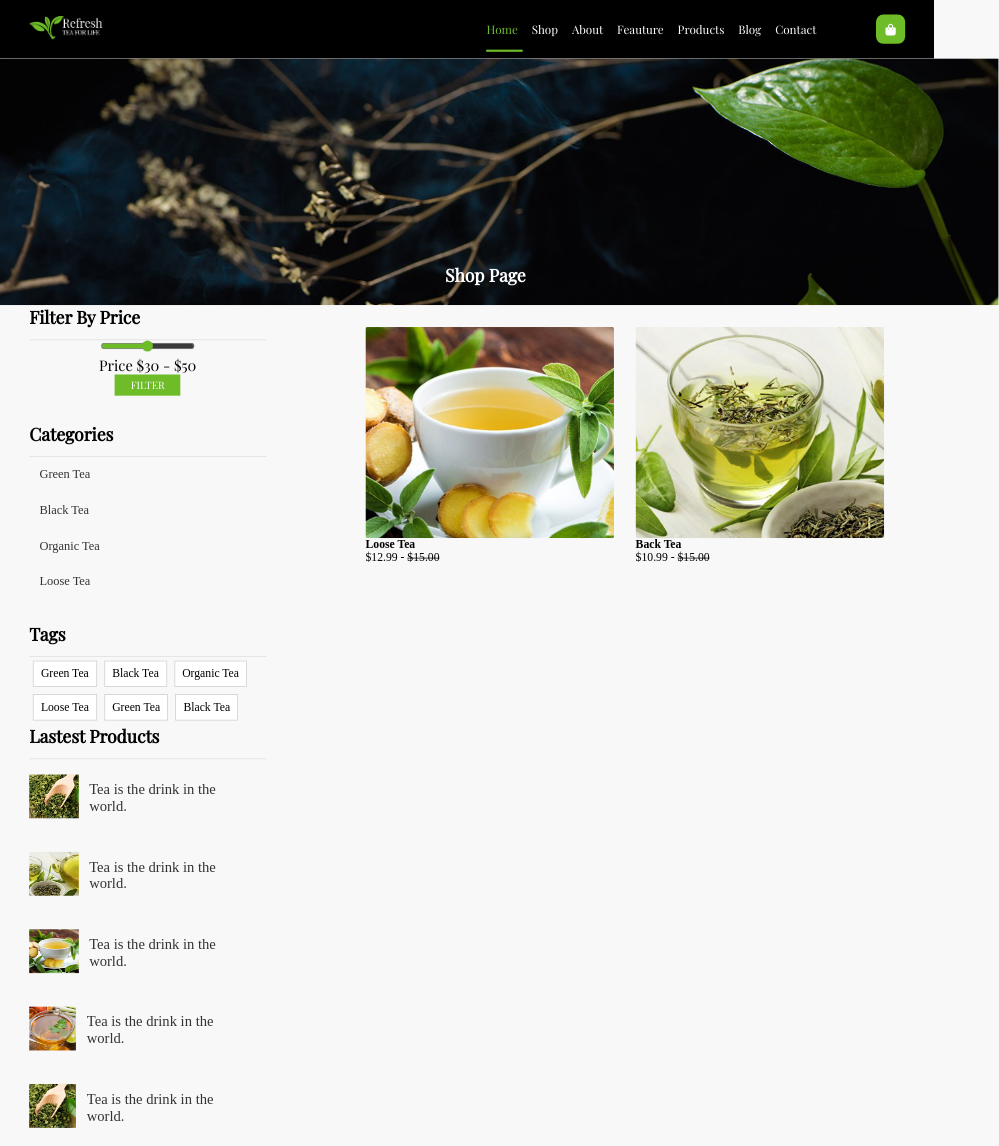
Repository: 52hzwhaleblue/school_teashop
Page: shop.html
An editor plug-in stored every save of this project. The page is shown before and after the next save, followed by the edit.
The browser window is 1280 px wide. The page is 1368 px wide, so the pictures cover 1368 px, including what lies to the right of the window. The pictures show the whole page, at 73% of full size.
Some web libraries are served in a nearby version.

Above is the page before, as saved 2022-05-05 22:58:00.

### shop.html
<!DOCTYPE html>
<html lang="en">

<head>
    <meta charset="UTF-8">
    <meta http-equiv="X-UA-Compatible" content="IE=edge">
    <meta name="viewport" content="width=device-width, initial-scale=1.0">

    <!-- Style CSS -->
    <link rel="stylesheet" href="./style.css" stylesheet="text/style.css" />

    <!-- googel fonts -->
    <link rel="preconnect" href="https://fonts.googleapis.com" />
    <link rel="preconnect" href="https://fonts.gstatic.com" crossorigin />
    <link href="https://fonts.googleapis.com/css2?family=Playfair+Display&display=swap" rel="stylesheet" />

    <!-- cdn -->
    <link rel="stylesheet" href="https://cdnjs.cloudflare.com/ajax/libs/font-awesome/6.1.1/css/all.min.css" integrity="sha512-KfkfwYDsLkIlwQp6LFnl8zNdLGxu9YAA1QvwINks4PhcElQSvqcyVLLD9aMhXd13uQjoXtEKNosOWaZqXgel0g==" crossorigin="anonymous" referrerpolicy="no-referrer"
    />

    <!-- App.js -->
    <script src="./app.js">
    </script>

    <title>Shop</title>
</head>

<body>
    <!-- header -->
    <div class="header-wrapper">
        <div class="center">
            <div class="row">
                <div class="logo">
                    <img src="./images/logo.png" alt="" />
                </div>

                <div class="menu">
                    <ul>
                        <li class="active"><a href="#">Home</a></li>
                        <li><a href="#">Shop</a></li>
                        <li><a href="#">About</a></li>
                        <li><a href="#">Feauture</a></li>
                        <li><a href="#">Products</a></li>
                        <li><a href="#">Blog</a></li>
                        <li><a href="#">Contact</a></li>
                    </ul>
                </div>

                <div class="cart">
                    <i class="fa-solid fa-bag-shopping"></i>
                </div>
            </div>
        </div>
    </div>

    <!-- silder -->
    <div class="slider-wrapper">
        <div class="slider-img">
            <img src="./images/shop-slide.jpg" alt="" />

            <div class="center">
                <div class="shop-slide-content">
                    <h2 class="heading">Shop Page</h2>
                </div>
            </div>
        </div>
    </div>


    <div class="shop-page-wrapper">
        <div class="center1">
            <div class="box-shop-page">
                <!-- filter by price -->
                <div class="price-filter-wrapper">
                    <div class="box-price-filter">
                        <h4>filter by price</h4>
                        <div class="price-range-bar">
                            <form class="multi-range-field my-5 pb-5">
                                <input id="multi3" class="multi-range" type="range" />
                            </form>

                            <div class="price-range">
                                <span>Price</span>
                                <span> $30 </span> -
                                <span> $50 </span>
                            </div>

                            <div class="filter-btn">
                                <p>filter</p>
                            </div>
                        </div>
                    </div>
                    <div class="catory-wrapper">
                        <div class="box-catory">
                            <h2>Categories</h2>
                        </div>
                        <div class="category">
                            <ul>
                               <li><a href="" class="btn1">Green Tea</a></li>
                               <li><a href="" class="btn1">Black Tea</a></li>
                               <li><a href="" class="btn1">Organic Tea</a></li>
                               <li><a href="" class="btn1">Loose Tea</a></li>
                            </ul>
                        </div>
                        <div class="box-catory">
                            <h2>Tags</h2>
                        </div>
                        <div class="category1">
                           <ul clas="list">
                               <li><a href="" class="btn">Green Tea</a></li>
                               <li><a href="" class="btn">Black Tea</a></li>
                               <li><a href="" class="btn">Organic Tea</a></li>
                               <li><a href="" class="btn">Loose Tea</a></li>
                               <li><a href="" class="btn">Green Tea</a></li>
                               <li><a href="" class="btn">Black Tea</a></li>
                           </ul>
                        </div>
                        <div class="box-catory">
                            <h2>Lastest Products</h2>
                        </div>
                        <div class="last-product">
                            <div class="row">
                                <div class="col-2">
                                    <img src="images/product-1.jpg">
                                </div>
                                <div class="col-2">
                                    <a href="" class="btn2">Tea is the drink in  the world. </a>
                                </div>
                            </div>
                      </div>
                      <div class="last-product">
                        <div class="row">
                            <div class="col-2">
                                <img src="images/product-2.jpg">
                            </div>
                            <div class="col-2">
                                <a href="" class="btn2">Tea is the drink in  the world.</a>
                            </div>
                        </div>
                       </div>
                       <div class="last-product">
                        <div class="row">
                            <div class="col-2">
                                <img src="images/product-3.jpg">
                            </div>
                            <div class="col-2">
                                <a href="" class="btn2">Tea is the drink in  the world.</a>
                            </div>
                        </div>
                       </div>
                         <div class="last-product">
                          <div class="row">
                          <div class="col-2">
                             <img src="images/product-4.jpg">
                            </div>
                            <div class="col-2">
                             <a href="" class="btn2">Tea is the drink in  the world.</a>
                            </div>
                        </div>
                       </div>

                    <div class="last-product">
                        <div class="row">
                            <div class="col-2">
                                <img src="images/product-5.jpg">
                            </div>
                            <div class="col-2">
                                <a href="" class="btn2">Tea is the drink in  the world.</a>
                            </div>
                        </div>
                       </div>
                   </div>
               </div>
                <!-- shop-product -->
                <div class="shop-product-wrapper">
                    <div class="shop">
                        <img src="images/product-8.jpg">
                        <h4>Loose Tea</h4>
                        <p>$12.99 - <del>$15.00</del></p>
                        <p></p>
                    </div>
                    <div class="shop">
                        <img src="images/product-9.jpg">
                        <h4>Back Tea</h4>
                        <p>$10.99 - <del>$15.00</del></p>
                    </div>
                </div>

            </div>
        </div>
    </div>

</body>

</html>

### style.css
* {
    padding: 0;
    margin: 0;
}

body {
    background-color: #f8f8f8;
}


/* header */

.header-wrapper {
    margin: 0 auto;
    background-color: #000000;
    position: sticky;
    top: 0;
    z-index: 1;
}

.center {
    width: 1200px;
    margin: 0 auto;
}

.header-wrapper .row {
    display: flex;
    justify-content: space-between;
    align-items: center;
    padding: 20px 0;
}


/* logo */

.logo {
    width: 50.0450045005%;
}

.logo img {
    width: 100px;
}


/* menu */

.menu {
    width: 42.304230423%;
}

.menu ul li.active a {
    color: #6fbc29;
}

.menu ul li {
    display: inline-block;
    padding-right: 15px;
    position: relative;
}

.menu ul li:after {
    content: " ";
    width: 50px;
    border-bottom: 3px #6fbc29 solid;
    /* background-color: #6fbc29; */
    left: 0;
    bottom: -20px;
    position: absolute;
}

.menu ul li:not(.active):after {
    content: " ";
    width: 50px;
    border-bottom: 3px #6fbc29 solid;
    left: 0;
    bottom: -30px;
    position: absolute;
    opacity: 0;
    transition: 0.5s;
}

.menu ul li:hover:after {
    bottom: -20px;
    opacity: 1;
}

.menu ul li:hover a {
    color: #6fbc29;
}

.menu ul li a {
    text-decoration: none;
    color: #fff;
    font-family: "Playfair Display", serif;
}


/* cart */

.cart {
    width: 40px;
    height: 40px;
    border-radius: 25%;
    background-color: #6fbc29;
    display: flex;
    justify-content: center;
    align-items: center;
}

.cart i {
    color: #fff;
}


/* silder */

.slider-wrapper {
    width: 1368px;
    margin: 0 auto;
    overflow: hidden;
}

.slider-img {
    display: flex;

}

.slider-img img {
    max-width: 1368px;
}
.slider-img input{
    display: none;
}


.slider-wrapper .home-slide-content {
    width: 446px;
    position: absolute;
    top: 20%;
    left: calc((100% - 1200px) / 2);
}

.slider-wrapper .shop-slide-content {
    width: 446px;
    position: absolute;
    top: 50%;
    left: calc(100% /2.1);
}

.home-slide-content .heading {
    text-transform: uppercase;
    font-family: "Playfair Display";
    font-size: 16px;
    color: #fff;
}

.shop-slide-content .heading {
    text-transform: capitalize;
    font-family: "Playfair Display";
    /* font-size: 50px; */
    color: #fff;
}


.home-slide-content .subHeading {
    text-transform: capitalize;
    font-family: "Playfair Display";
    font-size: 50px;
    padding: 26px 0 50px 0;
    color: #fff;
}

.home-slide-content .subHeading span {
    color: #6fbc29;
    text-transform: capitalize;
    font-size: 50px;
}

.home-slide-content .slider-btn {
    width: 130px;
    /* height: 35px; */
    background-color: #6fbc29;
    display: flex;
    justify-content: center;
    align-items: center;
}

.slider-btn a {
    font-family: "Playfair Display";
    font-size: 14px;
    text-transform: uppercase;
    color: #fff;
    text-decoration: none;
    padding: 10px 0;
}


/* new product */

.product-wrapper {
    width: 1368px;
    margin: 0 auto;
    padding: 57px 0;
}

.title-main {
    padding-bottom: 52px;
}

.title-main h1 {
    font-family: "Playfair Display";
    font-size: 35px;
    text-transform: capitalize;
    color: #212529;
    text-align: center;
}

.title-main .icon {
    text-align: center;
    padding: 23px 0 18px 0;
}

.heading-icon .icon img {
    width: 100px;
}

.title-main .subTitle {
    width: 540px;
    margin: 0 auto;
}

.title-main .subTitle p {
    font-family: "Playfair Display";
    font-size: 14px;
    color: #212529;
    text-align: center;
}


/* product items */

.product-items {
    display: flex;
    flex-wrap: wrap;
    justify-content: space-between;
}

.product-items .item {
    /* width: calc(100% / 4); */
}

.product-items .item .img {
    position: relative;
}

.modal {
    position: absolute;
    width: 100%;
    height: 100%;
    bottom: 0;
    opacity: 0;
    background-color: #6fbc29;
    transition: 0.7s;
}

.modal-content h4 {
    font-family: "Playfair Display", serif;
    color: #fff;
    text-align: center;
    text-transform: capitalize;
}

.modal-content {
    padding: 48px;
}

.modal-content p {
    font-size: 14px;
    font-family: "Playfair Display", serif;
    color: #fff;
    text-align: center;
    padding: 20px 0;
}

.readmore-btn {
    width: 130px;
    background-color: #fff;
    border: 1px #fff solid;
    padding: 5px 0;
    margin: 0 auto;
    text-align: center;
}

.readmore-btn a {
    text-decoration: none;
    color: #6fbc29;
    font-size: 14px;
    font-family: "Playfair Display", serif;
    text-transform: uppercase;
}

.readmore-btn:hover {
    background-color: transparent;
}

.readmore-btn:hover a {
    text-decoration: none;
    color: #fff;
    font-size: 14px;
    font-family: "Playfair Display", serif;
    text-transform: uppercase;
}

.product-items .img:hover .modal {
    top: 0;
    opacity: 0.8;
}

.product-btn {
    display: flex;
    justify-content: center;
}

.btn-left,
.btn-right {
    border-radius: 50%;
    width: 30px;
    height: 30px;
    background-color: #6fbc29;
    margin: 0 10px;
    display: flex;
    align-items: center;
    justify-content: center;
    color: #fff;
    margin-top: 35px;
}

.btn-left:hover,
.btn-right:hover {
    border-radius: 50%;
    width: 30px;
    height: 30px;
    background-color: #fff;
    margin: 0 10px;
    display: flex;
    align-items: center;
    justify-content: center;
    color: #6fbc29;
    margin-top: 35px;
}


/* information */

.information {
    width: 1368px;
    margin: 0 auto;
    background-color: #f8f8f8;
    display: flex;
    justify-content: space-between;
}

.info-img img {
    max-width: 730px;
}

.info-content {
    width: 37.6461988304%;
    padding: 85px 0 125px 30px;
}

.info-content h2 {
    font-size: 35px;
    font-family: "Playfair Display", serif;
}

.info-content p {
    font-size: 14px;
    font-family: "Playfair Display", serif;
    margin: 10px 0;
}

.information .readmore-info-btn {
    width: 130px;
    background-color: #6fbc29;
    padding: 5px 0;
    text-align: center;
}

.information .readmore-info-btn a {
    text-decoration: none;
    color: #fff;
    font-size: 14px;
    font-family: "Playfair Display", serif;
    text-transform: uppercase;
}

.information .readmore-info-btn:hover {
    background-color: #fff;
}

.information .readmore-info-btn:hover a {
    text-decoration: none;
    color: #6fbc29;
    font-size: 14px;
    font-family: "Playfair Display", serif;
    text-transform: uppercase;
}

.criteria-wrapper {
    width: 100%;
    height: 368px;
}

.criteria-items {
    max-width: 1368px;
    display: flex;
    justify-content: center;
}

.criteria-items .item {
    padding: 0 10px;
    box-sizing: border-box;
}


/* featured product */
.center1 {
    width: 1200px;
    margin: 0 auto;
    display:  flex;
    flex-wrap: wrap;
}

.featured-product-wrapper {}

.featured-product-items {
    display: flex;
    justify-content: space-between;
    flex-wrap: wrap;
    margin-bottom: 50px;
}

.featured-product-items .item {
    width: calc(100% / 3);
}

.featured-product-items .item .img {
    position: relative;
}

.featured-product-items .img .modal {
    border-radius: 50%;
}

.featured-product-items .img:hover .modal {
    top: 0;
    opacity: 0.8;
    width: 92.5%;
}

.featured-product-items .item .title {
    text-align: center;
    font-family: "Playfair Display";
    font-weight: 600;
    font-size: 20px;
}

.featured-product-items .item .description {
    text-align: center;
    font-family: "Playfair Display";
    font-size: 14px;
}

.featured-product-items .item img {
    border-radius: 50%;
}


/* Information Wrapper */

.info-wrapper {
    position: relative;
}

.info-wrapper img {
    height: 435px;
    width: 100%;
}

.info-heading {
    top: 0;
    width: 490px;
    margin: 55px 0;
    position: absolute;
}

.info-heading .title {
    font-family: "Playfair Display";
    font-size: 35px;
    font-weight: 600;
}

.info-heading .subTitle {
    font-family: "Playfair Display";
    font-size: 14px;
    margin: 25px 0 50px 0;
}

.readmore-info-btn {
    width: 130px;
    background-color: #6fbc29;
    border: 1px #fff solid;
    padding: 5px 0;
    /* margin: 0 auto; */
    text-align: center;
}

.readmore-info-btn a {
    text-decoration: none;
    color: #fff;
    font-size: 14px;
    font-family: "Playfair Display", serif;
    text-transform: uppercase;
}

.readmore-info-btn:hover {
    background-color: #fff;
}

.readmore-info-btn:hover a {
    text-decoration: none;
    color: #6fbc29;
    font-size: 14px;
    font-family: "Playfair Display", serif;
    text-transform: uppercase;
}


/* video */

.video-wrapper {
    position: relative;
    display: flex;
    justify-content: center;
}

.bg-overlay {
    position: relative;
    z-index: 1;
}

.bg-overlay:after {
    background: #000 none repeat scroll 0 0;
    content: "";
    height: 100%;
    left: 0;
    opacity: 0.8;
    position: absolute;
    top: 0;
    width: 100%;
}

.video-wrapper .center {
    width: 1200px;
    margin: 0 auto;
    display: flex;
    justify-content: center;
}

.video-wrapper img {
    width: 100%;
}

.video-wrapper .title-main {
    top: 0;
    position: absolute;
    z-index: 2;
    margin-top: 55px;
}

.video-wrapper .title-main .title {
    color: #fff;
}

.video-wrapper .title-main .icon img {
    width: 200px;
}

.video-wrapper .title-main .subTitle p {
    color: #fff;
}

.box-video {
    /* width: 890px;
    height: 442px; */
    bottom: 25%;
    z-index: 1;
    position: absolute;
}


/* Shop Page */

.box-shop-page {
    display: flex;
    justify-content: space-between;
}

.price-filter-wrapper {
    width: 28.3333333333%;
}

.box-price-filter h4 {
    font-family: "Playfair Display", serif;
    font-size: 24px;
    text-transform: capitalize;
    border-bottom: 1px #dedede solid;
    padding-bottom: 15px;
}



/* Price Range Input */

#multi3 {
    accent-color: #6FBC29;
}

.price-range-bar {
    text-align: center;
}

.price-range {
    font-family: "Playfair Display", serif;
    font-size: 20px;
}

.filter-btn {
    width: 90px;
    height: 35px;
    margin: 0 auto;
}

.filter-btn:hover {
    width: 90px;
    height: 35px;
    margin: 0 auto;
}

.filter-btn p {
    font-family: "Playfair Display", serif;
    font-size: 14px;
    color: #fff;
    text-transform: uppercase;
    background-color: #6fbc29;
    padding: 5px 20px;
}

.filter-btn p:hover {
    font-family: "Playfair Display", serif;
    font-size: 14px;
    color: #6fbc29;
    text-transform: uppercase;
    background-color: #fff;
    padding: 5px 20px;
    border: 1px #6fbc29 solid;
}
.box-catory h2{
    font-family: "Playfair Display", serif;
    font-size: 24px;
    text-transform: capitalize;
    border-bottom: 1px #dedede solid;
    padding-bottom: 15px;
    padding-top: 30px;
}
.category ul li a {
    text-decoration: none;
    color:#333333;
    font-size: 17px;
    transition: 0.3s;
    border-bottom: 1px solid transparent;
    padding: 5px 0;
    display: block;
    padding: 14px;

}
ul{
    list-style-type: none;
}
.btn1:hover{
   color: #6fbc29;
   border-bottom: 1px solid #6fbc29;
}
.btn{
    display: inline-block;
    background: #fff;
    color: #000000;
    padding: 8px 10px;
    margin: 5px 5px;
    border: 1px solid #cccccc;
}

.btn:hover {
    background: #6fbc29;
    color: #fff;
}
.category1 ul li a{
    text-decoration: none;
    float: left;
}
.row {
    display: flex;
    align-items: center;
}

.col-2 img {
    width: 130%;
    height: 60px;
    padding: 10px 0;
    margin: 30px 20;
}
.btn2{
    color:#333333;
    padding: 30px;
    text-decoration: none;
    font-size: 20px;
    display: inline-block;
}
.btn2:hover{
    color:#6fbc29;
}
.shop-product-wrapper{
    display: flex;
    align-items: top;
    flex-wrap: wrap;
    justify-content: space-around;
    padding: 20px;
    margin: 10px;
}
.shop {
    flex-basis: 25%;
    min-width: 200px;
    margin-bottom: 50px;
}
.shop img{
    width: 170%;
    height: auto;
    display: block;
    margin: auto;
}
/* ----Product---- */

### app.js
/* $('#multi3').mdbRange({
    width: '100%',
    single: {
        active: true,
        multi: {
            active: true,
            rangeLength: 2
        },
    }
}); */

After the next save:
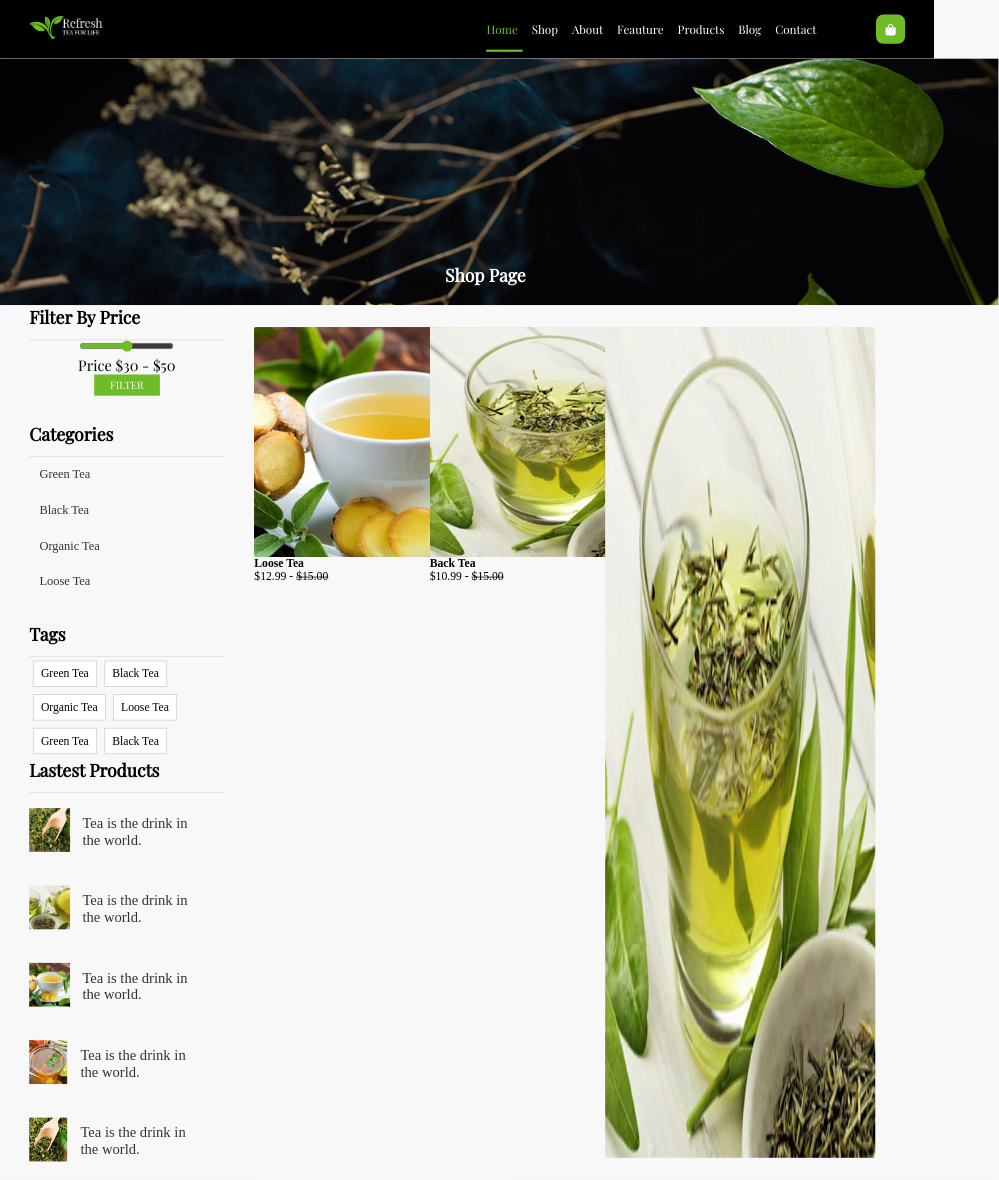
Saved 16 s later.
--- a/shop.html
+++ b/shop.html
@@ -184,6 +184,7 @@
                         <h4>Back Tea</h4>
                         <p>$10.99 - <del>$15.00</del></p>
                     </div>
+                    <img src="images/product-9.jpg">
                 </div>
 
             </div>
